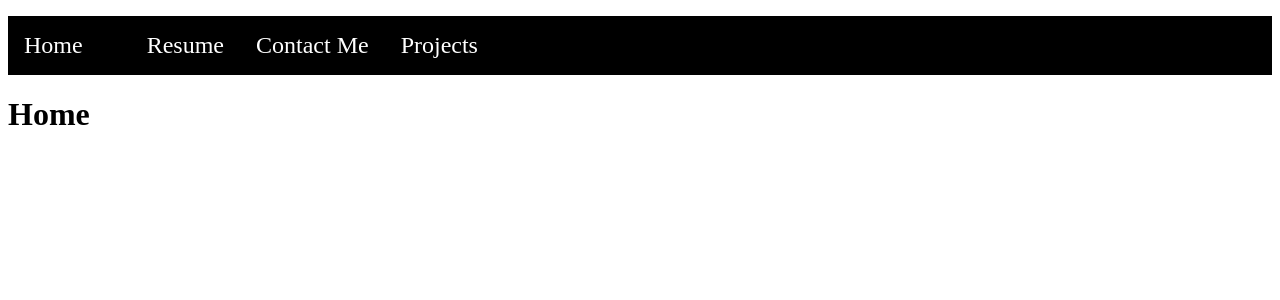
Repository: VidalLopez/VidalLopez.github.io
Page: index.html
The author's editor kept a record of every edit. The page is drawn from the files as they stood at one moment, then again after the next edit.
The browser window is 1280 px wide. The pictures show the whole page.

Above is the page before.

### index.html
<!DOCTYPE html>
<html>
  <head>
  <title>Home</title>
  <style>

    .navbar{
      list-style: none;
      background-color: black;
      overflow: hidden;
      padding: 0;
    }

    .navbar a, .dropdown div{
      text-decoration: none;
      color: white;
      font-size: 24px;
      padding: 16px;
      display: inline-block;
    }
    .navbar li{
      float: left;
    }

    .navbar li:hover{
      background-color: pink;
    }

    .dropdown-content{
      list-style: none;
      padding: 0;
      display: none;
    }

    .dropdown-content li{
      float:none;
    }

    .dropdown:hover .dropdown-content{
      display: block;
    }

  </style>

  </head>
  <body>
    <ul class="navbar">
      <li><a href="index.html">Home</a></li>
      <li><a href="about.html"></a></li>
      <li><a href="resume.html">Resume</a></li>
      <li><a href="contactme.html">Contact Me</a></li>
      <li class = "dropdown">
        <div>Projects</div>
        <ul class="dropdown-content">
          <li><a href="#">Project 1</a></li>
          <li><a href="#">Project 2</a></li>
          <li><a href="#">Project 3</a></li>
        </ul>
      </li>

    </ul>
<h1>Home</h1>

  </body>
</html>

After the next edit:
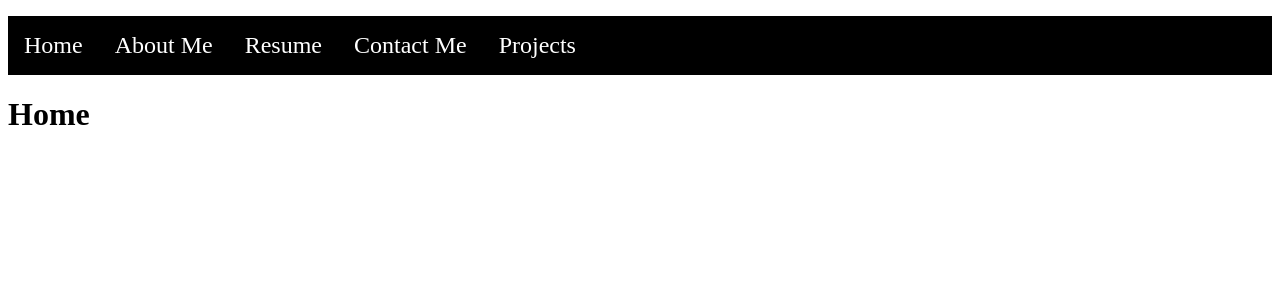
The edit:
--- a/index.html
+++ b/index.html
@@ -46,7 +46,7 @@
   <body>
     <ul class="navbar">
       <li><a href="index.html">Home</a></li>
-      <li><a href="about.html"></a></li>
+      <li><a href="about.html">About Me</a></li>
       <li><a href="resume.html">Resume</a></li>
       <li><a href="contactme.html">Contact Me</a></li>
       <li class = "dropdown">
